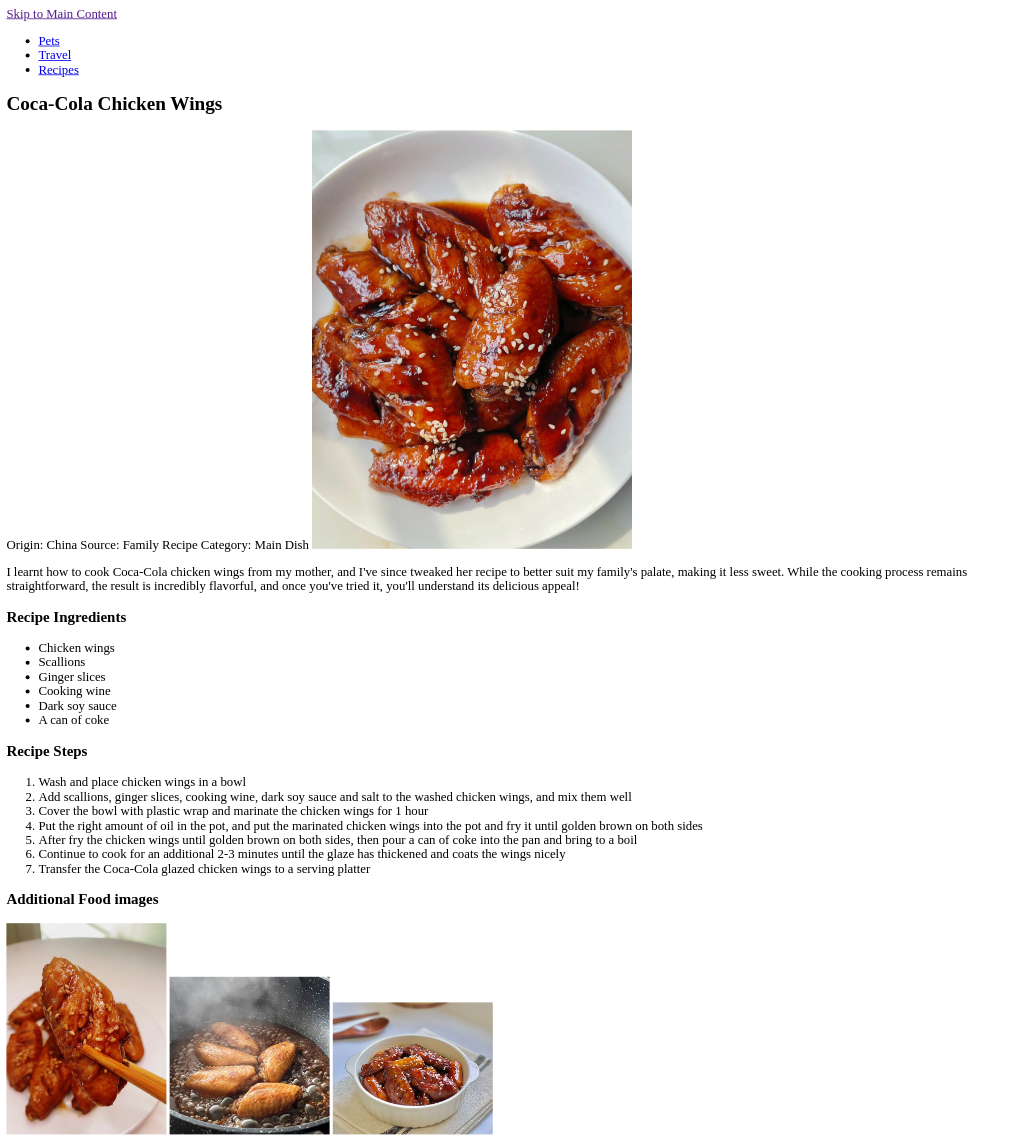
Repository: lulyany/starter_html
Page: recipes.html
An editor plug-in stored every save of this project. The page is shown before and after the next save, followed by the edit.
The browser window is 1280 px wide. The pictures show the part of the page from y = 0 to 1422 px (the page is 2533 px tall before and 2569 px after), at 80% of full size.
A picture or video elsewhere on the page could not be fetched, so the positions and the page height are approximate.

Above is the page before, as saved 2023-09-16 00:44:15.

### recipes.html
<!DOCTYPE html>
<html lang="en">
<head>
    <meta charset="UTF-8">
    <meta name="viewport" content="width=device-width, initial-scale=1.0">
    <title>Recipes</title>
</head>
<body>
    <header>
        <a href="">Skip to Main Content</a>
        <nav>
            <ul>
                <li>
                    <a href="index.html">Pets</a>
                </li>
                <li>
                    <a href="travel.html">Travel</a>
                </li>
                <li>
                    <a href="recipes.html">Recipes</a>
                </li>
            </ul>
        </nav>
        </header>

    <main>
        <div>
            <h2>Coca-Cola Chicken Wings</h2>
            <span>Origin: China</span>
            <span>Source: Family Recipe</span>
            <span>Category: Main Dish</span>

            <img src="images/coca_cola_chicken_wings.jpg" width = "400" alt="Chicken wings.">
            <p>I learnt how to cook Coca-Cola chicken wings from my mother, and I've since tweaked her recipe to better suit my family's palate, making it less sweet. While the cooking process remains straightforward, the result is incredibly flavorful, and once you've tried it, you'll understand its delicious appeal!</p>
            <h3>Recipe Ingredients</h3>
            <ul>
                <li>Chicken wings</li>
                <li>Scallions</li>
                <li>Ginger slices</li>
                <li>Cooking wine</li>
                <li>Dark soy sauce</li>
                <li>A can of coke</li>
            </ul>

            <h3>Recipe Steps</h3>
            <ol>
                <li>Wash and place chicken wings in a bowl</li>
                <li>Add scallions, ginger slices, cooking wine, dark soy sauce and salt to the washed chicken wings, and mix them well</li>
                <li>Cover the bowl with plastic wrap and marinate the chicken wings for 1 hour</li>
                <li>Put the right amount of oil in the pot, and put the marinated chicken wings into the pot and fry it until golden brown on both sides</li>
                <li>After fry the chicken wings until golden brown on both sides, then pour a can of coke into the pan and bring to a boil</li>
                <li>Continue to cook for an additional 2-3 minutes until the glaze has thickened and coats the wings nicely</li>
                <li>Transfer the Coca-Cola glazed chicken wings to a serving platter</li>
            </ol>

            <h3>Additional Food images</h3>
            <img src="images/chicken_wings_chopsticks.jpg" width = "200" height="" alt="A chicken wing picked up by chopsticks">
            <img src="images/boils_in_coke.jpg" width = "200" alt="Chicken wings boiled in coke">
            <img src="images/chicken-wings_and_rice_cake.jpg" width = "200" alt="Coca-cola chicken wings served with rice cake">

        </div>

        <div>

        </div>

    <div>
        <h2>Double Chocolate Cookies</h2>
        <span>Origin: Michigan</span>
        <span>Source: Family Recipe</span>
        <span>Category: Dessert</span>

        <img src="images/double_chocolate_cookies.png" width = "400" alt="">
        <p>My daughter learned to make these cookies at a baking camp at Zingermanns and has tweaked the recipe to fit the taste buds of her siblings.  They are extremely sugary so the salt helps to balance it.  Note, these cookies are best eaten very quickly.</p>
        <h3>Recipe Ingredients</h3>
        <ul>
            <li>Unsalted butter</li>
            <li>Granulated Sugar</li>
            <li>Packed light or dark brown sugar</li>
            <li>Large egg</li>
            <li>Pure vanilla extract</li>
            <li>Semi-sweet chocolate chunks (melted)</li>
            <li>All-purpose flour</li>
            <li>Natural unsweetened cocoa powder</li>
            <li>Baking soda</li>
            <li>Salt</li>
            <li>Semi-sweet chocolate chunks</li>
        </ul>

        <h3>Recipe Steps</h3>
        <ol>
            <li>In a mixing bowl cream together the butter, granulated sugar, and brown sugar</li>
            <li>Add the egg and vanilla extract and beat well</li>
            <li>Add the melted chocolate</li>
            <li>In a separate bowl combine the flour, baking soda, cocoa powder and salt</li>
            <li>Combine the wet and dry ingredients</li>
            <li>Add the unmelted chocolate chunks.</li>
            <li>Form 15 cookies and place on a baking sheet.</li>
            <li>Cook for 12 to 13 minutes at 350 degrees.</li>
        </ol>

        <h3>Additional Food images</h3>
        <img src="images/double_chocolate_chips.png" width = "200" alt="A small pile of chocolate chips">
        <img src="https://images.immediate.co.uk/production/volatile/sites/30/2020/08/chocolate-d9ba778.jpg?quality=90&webp=true&resize=600,545" width = "200" alt="Chocolate melting in a boiler">
        <img src="https://upload.wikimedia.org/wikipedia/commons/8/82/Brown_sugar_examples.JPG" width = "200" alt="Brown sugar in three different shades of darkness">

        <!-- Colleen van Lent -->

    </div>

    </main>
</body>
</html>

After the next save:
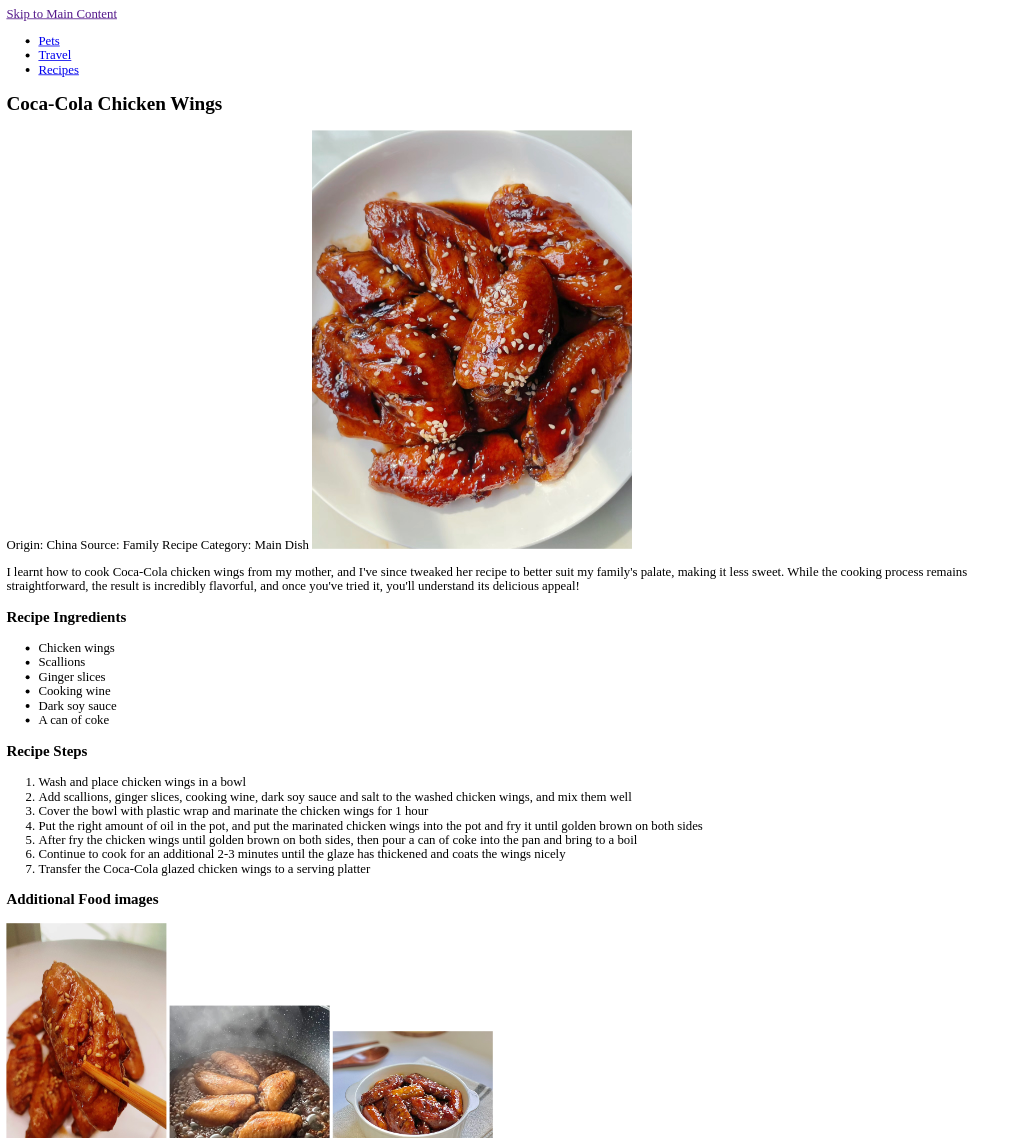
Saved 15 s later.
--- a/recipes.html
+++ b/recipes.html
@@ -54,7 +54,7 @@
             </ol>
 
             <h3>Additional Food images</h3>
-            <img src="images/chicken_wings_chopsticks.jpg" width = "200" height="" alt="A chicken wing picked up by chopsticks">
+            <img src="images/chicken_wings_chopsticks.jpg" width = "200" height="300" alt="A chicken wing picked up by chopsticks">
             <img src="images/boils_in_coke.jpg" width = "200" alt="Chicken wings boiled in coke">
             <img src="images/chicken-wings_and_rice_cake.jpg" width = "200" alt="Coca-cola chicken wings served with rice cake">
 
